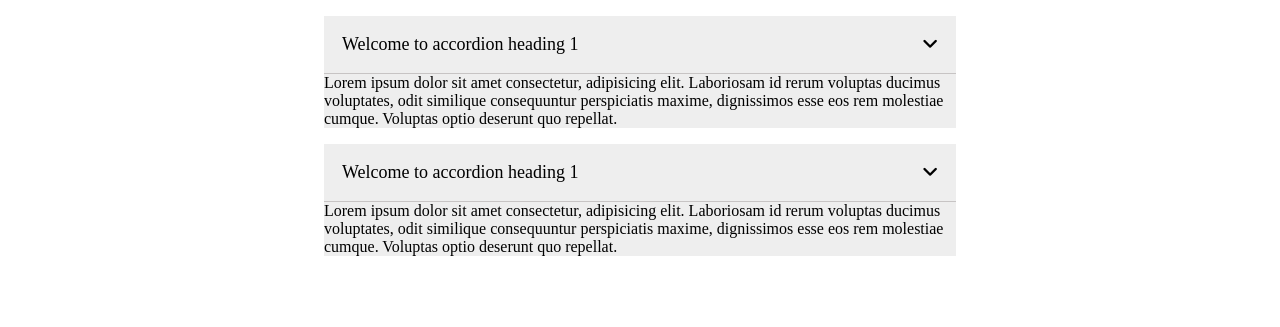
Repository: tungts3qb/Javascript
Page: accordion.html
The author's editor kept a copy of each file at every save. The page is drawn from the files as they stood at one save, then again after the next save.
The browser window is 1280 px wide. The pictures show the whole page.

Above is the page before, as saved 2022-12-26 00:53:35.

### accordion.html
<!DOCTYPE html>
<html lang="en">
  <head>
    <meta charset="UTF-8" />
    <meta http-equiv="X-UA-Compatible" content="IE=edge" />
    <meta name="viewport" content="width=device-width, initial-scale=1.0" />
    <link
      rel="stylesheet"
      href="https://cdnjs.cloudflare.com/ajax/libs/font-awesome/6.2.1/css/all.min.css"
      integrity="sha512-MV7K8+y+gLIBoVD59lQIYicR65iaqukzvf/nwasF0nqhPay5w/9lJmVM2hMDcnK1OnMGCdVK+iQrJ7lzPJQd1w=="
      crossorigin="anonymous"
      referrerpolicy="no-referrer"
    />
    <link rel="stylesheet" href="style.css" />
    <title>Accordiion</title>
  </head>
  <body>
    <div class="accordion">
      <div class="accordion-header">
        <span>Welcome to accordion heading 1</span>
        <i class="fa fa-angle-down"></i>
      </div>
      <div class="accordion-content">
        <div class="accordion-content-inner">
          Lorem ipsum dolor sit amet consectetur, adipisicing elit. Laboriosam
          id rerum voluptas ducimus voluptates, odit similique consequuntur
          perspiciatis maxime, dignissimos esse eos rem molestiae cumque.
          Voluptas optio deserunt quo repellat.
        </div>
      </div>
    </div>

    <div class="accordion">
      <div class="accordion-header">
        <span>Welcome to accordion heading 1</span>
        <i class="fa fa-angle-down"></i>
      </div>
      <div class="accordion-content">
        <div class="accordion-content-inner">
          Lorem ipsum dolor sit amet consectetur, adipisicing elit. Laboriosam
          id rerum voluptas ducimus voluptates, odit similique consequuntur
          perspiciatis maxime, dignissimos esse eos rem molestiae cumque.
          Voluptas optio deserunt quo repellat.
        </div>
      </div>
    </div>
    <script src="./accordion.js"></script>
  </body>
</html>

### style.css
.button {
  padding: 20px;
  color: white;
  background-color: #ffa400;
  border: 0;
  margin: 50px auto;
  display: block;
  width: 300px;
  font-family: "Poppins", sans-serif;
}

.change {
  display: block;
  padding: 15px 40px;
  border-radius: 10px;
  border: 0;
  color: white;
  font-family: "Poppins", sans-serif;
  margin: 50px auto;
  background-color: #3d6ef7;
}

.menu {
  width: 300px;
  position: fixed;
  top: 0;
  right: 0;
  bottom: 0;
  box-shadow: rgba(100, 100, 111, 0.2) 0px 7px 29px 0px;
  list-style: none;
  transform: translateX(100%);
  transition: transform 0.25s linear;
  margin-top: 0;
  margin-bottom: 0;
}

.menu.is-show {
  transform: translateX(0%);
}

.menu-link {
  display: block;
  padding: 20px 15px;
  color: #333;
  border-bottom: 1px solid #eee;
}

.header {
  padding: 20px;
  display: flex;
  align-items: center;
  justify-content: flex-end;
}

.menu-toggle {
  cursor: pointer;
  font-size: 30px;
  position: relative;
  z-index: 9999;
}

.menu-item a {
  text-decoration: none;
}

/* ============ Tab.html ============= */

.tab {
  padding: 2.5rem;
  border-radius: 1rem;
  background-color: white;
  display: inline-block;
  position: relative;
  left: 50%;
  transform: translateX(-50%);
  margin: 50px auto;
  box-shadow: rgba(100, 100, 111, 0.2) 0px 7px 29px 0px;
  width: 500px;
}

.tab-list {
  display: flex;
  justify-content: space-between;
  margin-bottom: 2.5rem;
}

.tab-item {
  cursor: pointer;
  padding: 1rem 2rem;
  border-radius: 5rem;
  color: #818e9b;
  background-color: #f4f5f7;
  text-align: center;
  white-space: nowrap;
  font-weight: 500;
  margin: 0 auto;
  flex: 1;
}

.tab-item.active {
  color: white;
  background-color: #2979ff;
  pointer-events: none;
}

.tab-item:not(:first-child) {
  margin-left: 1.5rem;
}

.tab-content {
  display: none;
}

.tab-content.active {
  display: block;
}

.post {
  display: flex;
  align-items: center;
}

.post:not(:first-child) {
  margin-bottom: 2rem;
}

.post-title {
  color: #4e4f51;
  font-weight: 300;
  line-height: 1.8;
  font-size: 14px;
}

.accordion {
  width: 50%;
  margin: 1rem auto;
  background-color: #eee;
}

.accordion-header {
  cursor: pointer;
  padding: 18px;
  font-size: 18px;
  display: flex;
  justify-content: space-between;
  border-bottom: 1px solid rgb(199, 196, 196);
}

Loaded but not shown: accordion.js (no copy from this time; the picture is the same without it)

After the next save:
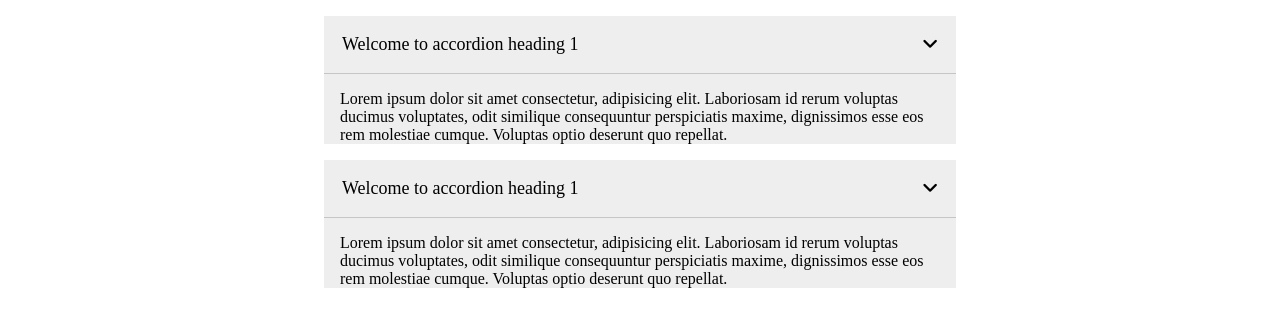
Saved 39 s later.
--- a/style.css
+++ b/style.css
@@ -145,3 +145,7 @@
   justify-content: space-between;
   border-bottom: 1px solid rgb(199, 196, 196);
 }
+
+.accordion-content {
+  margin: 1rem;
+}
